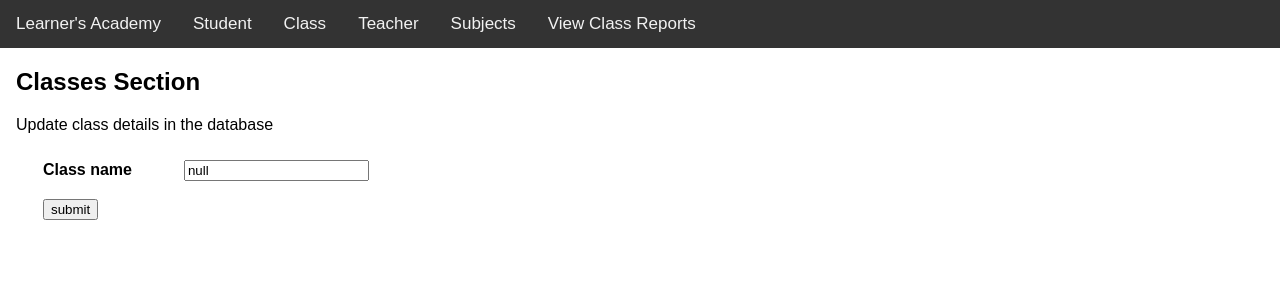
Repository: chirag627/Phase-2-Project
Page: http://localhost/Academy/web/subject/subject_update.jsp
The author's editor kept a copy of each file at every save. The page is drawn from the files as they stood at one save, then again after the next save.
The browser window is 1280 px wide. The pictures show the whole page.
The page is served by Tomcat 9.

Above is the page before, as saved 2022-08-15 09:47:37.

After the next save:
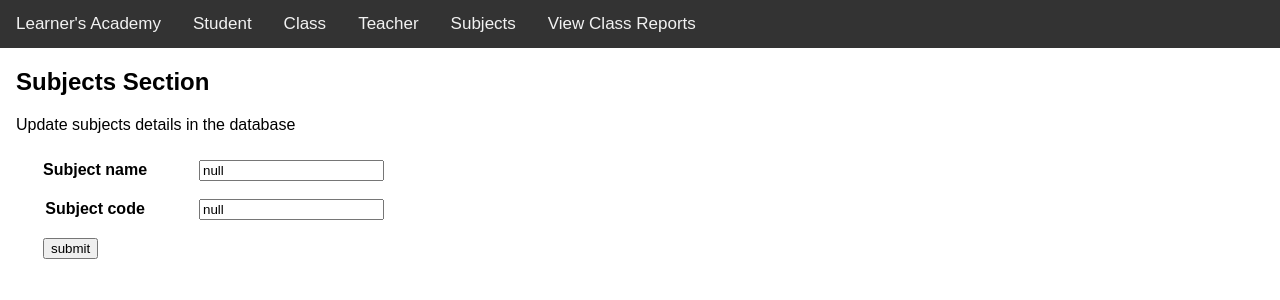
Saved 8 min 0 s later.
--- a/Academy/src/main/webapp/web/subject/subject_update.jsp
+++ b/Academy/src/main/webapp/web/subject/subject_update.jsp
@@ -3,7 +3,7 @@
 <html>
 <head>
 <meta charset="ISO-8859-1">
-<title>Update Class Details</title>
+<title>Update Subject Details</title>
 </head>
 <style>
 td, th {
@@ -45,8 +45,8 @@ ul li a {
 	</div>
 
 	<div style="padding-left: 16px">
-		<h2>Classes Section</h2>
-		<p>Update class details in the database</p>
+		<h2>Subjects Section</h2>
+		<p>Update subjects details in the database</p>
 	</div>
 
 	<div style="padding-left: 16px">
@@ -55,18 +55,24 @@ ul li a {
 			out.println("<h4 style=\"color:red\">" + request.getParameter("n") + "</h4>");
 		}
 		%>
-		<form action="../../AcademyClassServlet?action=doUpdate"
+		<form action="../../AcademySubjectServlet?action=doUpdate"
 			method="get">
 			<input type="hidden" name="action" value="doUpdate"> <input
-				type="hidden" name="class_id"
-				value=<%out.print(request.getParameter("class_id"));%>>
+				type="hidden" name="subject_id"
+				value=<%out.print(request.getParameter("subject_id"));%>>
 
 
 			<table>
 				<tr>
-					<th>Class name</th>
-					<th><input type="text" required name="class_name"
-						value=<%out.print(request.getParameter("class_name"));%>></th>
+					<th>Subject name</th>
+					<th><input type="text" required name="subject_name"
+						value=<%out.print(request.getParameter("subject_name"));%>></th>
+				</tr>
+
+				<tr>
+					<th>Subject code</th>
+					<th><input type="text" required name="subject_code"
+						value=<%out.print(request.getParameter("subject_code"));%>></th>
 				</tr>
 
 
